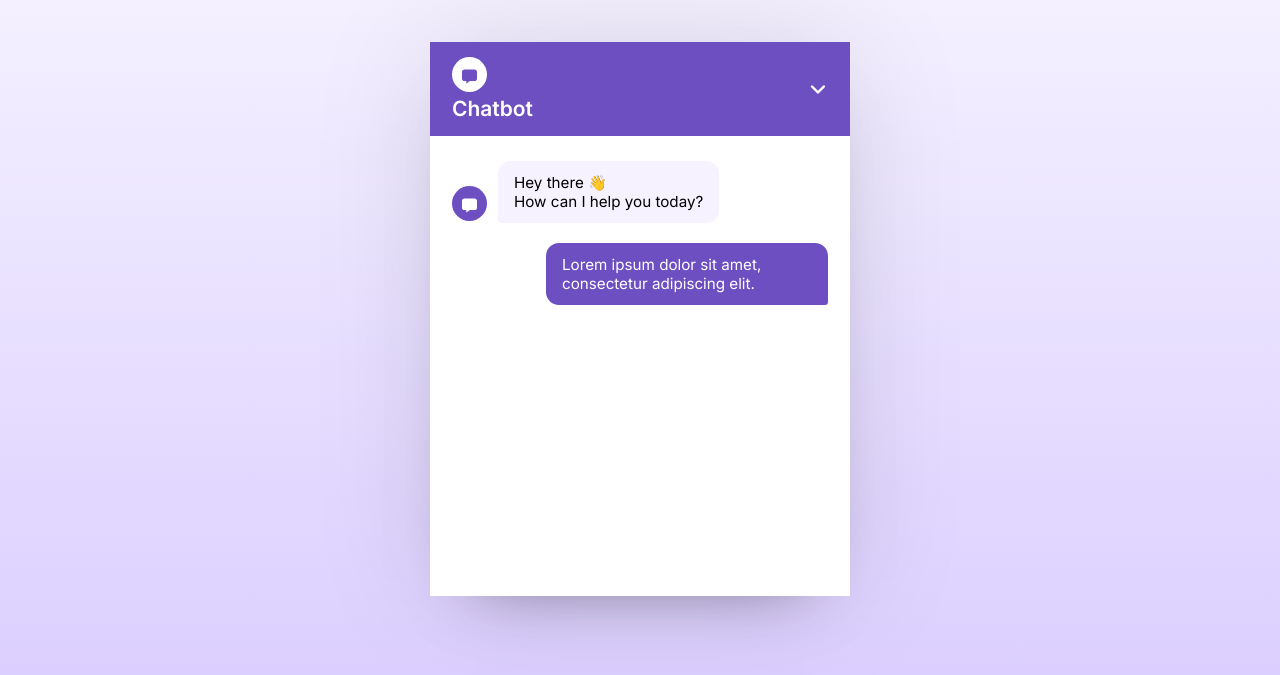
Repository: gogg23/chatbot
Page: / (app in chatbot/)
These files come from the project's save history. The page is drawn as it stood at one moment and after the next save; the edit follows.
The browser window is 1280 px wide. The pictures show the whole page.
The project was rebuilt for these pictures with package versions that can differ from the ones it lists, and the page was loaded fresh each time. Also part of the build but not shown: chatbot/vite.config.js.

Above is the page before, as saved 2025-01-21 17:37:45.

### chatbot/index.html
<!DOCTYPE html>
<html lang="en">
  <head>
    <meta charset="UTF-8" />
    <link rel="icon" type="image/svg+xml" href="/vite.svg" />
    <meta name="viewport" content="width=device-width, initial-scale=1.0" />
    <title>Chatbot in ReactJS</title>
    <!--Linking google Fonts for Icons-->
    <link
      href="https://fonts.googleapis.com/css2?family=Material+Symbols+Rounded"
      rel="stylesheet"
    />
  </head>
  <body>
    <div id="root"></div>
    <script type="module" src="/src/main.jsx"></script>
  </body>
</html>

### chatbot/src/index.css
/*Importing Google Fonts - Inter*/
@import url('https://fonts.googleapis.com/css2?family=Inter:ital,opsz,wght@0,14..32,100..900;1,14..32,100..900&display=swap');

* {
  margin: 0;
  padding: 0;
  box-sizing: border-box;
  font-family: 'Inter', sans-serif;
}

body {
  width: 100%;
  display: flex;
  align-items: center;
  justify-content: center;
  min-height: 100vh;
  background: linear-gradient(#f4f0ff, #dacdff);
}

.chatbot-popup {
  position: relative;
  width: 420px;
  background: #fff;
  border-radius: 15px;
  box-shadow: 0 0 128px 0 rgba(0, 0, 0, 0.1),
    0 32px 64px -48px rgba(0, 0, 0, 0.5);
}

.chatbot-popup .chat-header {
  display: flex;
  padding: 15px 22px;
  align-items: center;
  justify-content: space-between;
  background: #6d4fc2;
}

.chatbot-header .header-info {
  display: flex;
  gap: 10px;
  align-items: center;
}

.header-info svg {
  height: 35px;
  width: 35px;
  padding: 6px;
  flex-shrink: 0;
  fill: #6d4fc2;
  background: #fff;
  border-radius: 50%;
}

.header-info .logo-text {
  color: #fff;
  font-size: 1.31rem;
  font-weight: 600;
}

.chat-header button {
  height: 40px;
  width: 40px;
  border: none;
  outline: none;
  color: #fff;
  cursor: pointer;
  font-size: 1.9rem;
  padding-top: 2px;
  border-radius: 50%;
  margin-right: -10px;
  background: none;
  transition: 0.2s ease;
}
.chat-header button:hover {
  background: #593bab;
}
.chat-body {
  display: flex;
  flex-direction: column;
  gap: 20px;
  padding: 25px 22px;
  height: 460px;
  margin-bottom: 82px;
  overflow-y: auto;
  padding: 25px 22px;
}

.chat-body .message {
  display: flex;
  gap: 11px;
  align-items: center;
}

.chat-body .bot-message svg {
  height: 35px;
  width: 35px;
  padding: 6px;
  flex-shrink: 0;
  fill: #fff;
  align-self: flex-end;
  margin-bottom: 2px;
  background: #6d4fc2;
  border-radius: 50%;
}

.chat-body .message .message-text {
  padding: 12px 16px;
  max-width: 75%;
  background: #6d4fc2;
  word-wrap: break-word;
  white-space: pre-line;
  font-size: 0.95rem;
}

.chat-body .bot-message .message-text {
  background: #f6f2ff;
  border-radius: 13px 13px 13px 3px;
}

.chat-body .user-message {
  flex-direction: column;
  align-items: flex-end;
}

.chat-body .user-message .message-text {
  color: #fff;
  background: #6d4fc2;
  border-radius: 13px 13px 3px 13px;
}

.chat-footer {
  position: absolute;
  bottom: 0;
  width: 100%;
  background: #fff;
  padding: 15px 22px 20px;
}

.chat-footer .chat-form {
  display: flex;
  align-items: center;
  background: #fff;
  border-radius: 32px;
  outline: 1px solid #cccce5;
  box-shadow: 0 0 8px rgba(0, 0, 0, 0.06);
}

.chat-footer .chat-form:focus-within {
  outline: 2px solid #6d4fc2;
}

.chat-form .message-input {
  border: none;
  outline: none;
  width: 100%;
  background: none;
  height: 47px;
  padding: 0 17px;
  font-size: 0.95rem;
}

.chat-form button {
  height: 35px;
  width: 35px;
  border: none;
  display: none;
  outline: none;
  cursor: pointer;
  font-size: 1.15rem;
  color: #fff;
  flex-shrink: 0;
  margin-right: 6px;
  border-radius: 50%; /* Ensures round edges */
  background: #6d4fc2;
  transition: 0.2s ease;
}
.chat-form button:hover {
  background: #593bab;
}

.chat-form .message-input:valid ~ button {
  display: block;
}

### chatbot/src/App.jsx
import ChatbotIcon from './components/ChatbotIcon';

const App = () => {
  return (
    <div className='container'>
      <div className='chatbot-popup'>
        {/*Chatbot Header*/}
        <div className='chat-header'>
          <div className='header-info'>
            <ChatbotIcon />
            <h2 className='logo-text'>Chatbot</h2>
          </div>
          <button className='material-symbols-rounded'>
            keyboard_arrow_down
          </button>
        </div>
        {/*Chatbot Body*/}
        <div className='chat-body'>
          <div className='message bot-message'>
            <ChatbotIcon />
            <p className='message-text'>
              Hey there 👋
              <br />
              How can I help you today?
            </p>
          </div>
          <div className='message user-message'>
            <p className='message-text'>
              Lorem ipsum dolor sit amet, consectetur adipiscing elit.
            </p>
          </div>
        </div>
        {/*Chatbot Footer*/}
        <div className='chat-footer'></div>
      </div>
    </div>
  );
};

export default App;

### chatbot/src/components/ChatbotIcon.jsx
const ChatbotIcon = () => {
  return (
    <svg
      xmlns='http://www.w3.org/2000/svg'
      width='50'
      height='50'
      viewBox='0 0 1024 1024'
    >
      <path
        d='M738.3 287.6H285.7c-59 0-106.8
      47.8-106.8 106.8v303.1c0 59 47.8 106.8 106.8 106.8h81.5v111.1c0
      .7.8 1.1 1.4.7l166.9-110.6 41.8-.8h117.4l43.6-.4c59
      0 106.8-47.8 106.8-106.8V394.5c0-59-47.8-106.9-106.8-106.9zM351
      .7 448.2c0-29.5 23.9-53.5 53.5-53.5s53.5 23.9 53.5 53.5-23.9
      53.5-53.5 53.5-53.5-23.9-53.5-53.5zm157.9 267.1c-67.8 0-123.8-47
      .5-132.3-109h264.6c-8.6 61.5-64.5 109-132.3 109zm110-213.7c-29.5
      0-53.5-23.9-53.5-53.5s23.9-53.5 53.5-53.5 53.5 23.9 53.5 53.5-23.9
      53.5-53.5 53.5zM867.2 644.5V453.1h26.5c19.4 0 35.1 15.7 35.1 35.1v121.1c0
      19.4-15.7 35.1-35.1 35.1h-26.5zM95.2 609.4V488.2c0-19.4 15.7-35.1
      35.1-35.1h26.5v191.3h-26.5c-19.4 0-35.1-15.7-35.1-35.1zM561.5 149.6c0 23.4-15.6
      43.3-36.9 49.7v44.9h-30v-44.9c-21.4-6.5-36.9-26.3-36.9-49.7 0-28.6 23.3-51.9 51.9-51.9s51.9
      23.3 51.9 51.9z'
      />
    </svg>
  );
};

export default ChatbotIcon;

### chatbot/src/components/Chartform.jsx
import React from 'react';

function Chartform() {
  return (
    <form action='#' className='chat-form'>
      <input
        type='text'
        placeholder='message...'
        className='message-input'
        required
      />
      <button className='material-symbols-rounded'>arrow_upward</button>
    </form>
  );
}

export default Chartform;

Loaded but not shown: chatbot/src/main.jsx (common file)

After the next save:
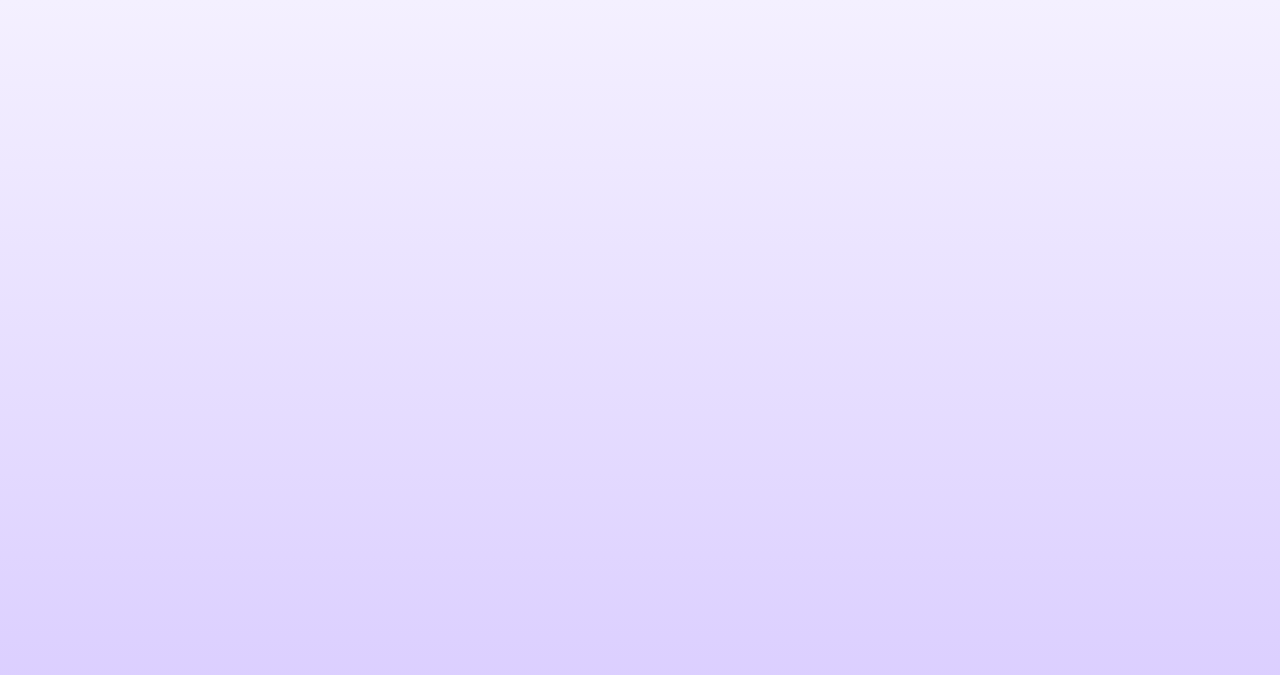
Console error: ReferenceError: ChartForm is not defined
Saved 110 s later.
--- a/chatbot/src/App.jsx
+++ b/chatbot/src/App.jsx
@@ -31,7 +31,9 @@ const App = () => {
           </div>
         </div>
         {/*Chatbot Footer*/}
-        <div className='chat-footer'></div>
+        <div className='chat-footer'>
+          <ChartForm />
+        </div>
       </div>
     </div>
   );

After the 6 saves that followed:
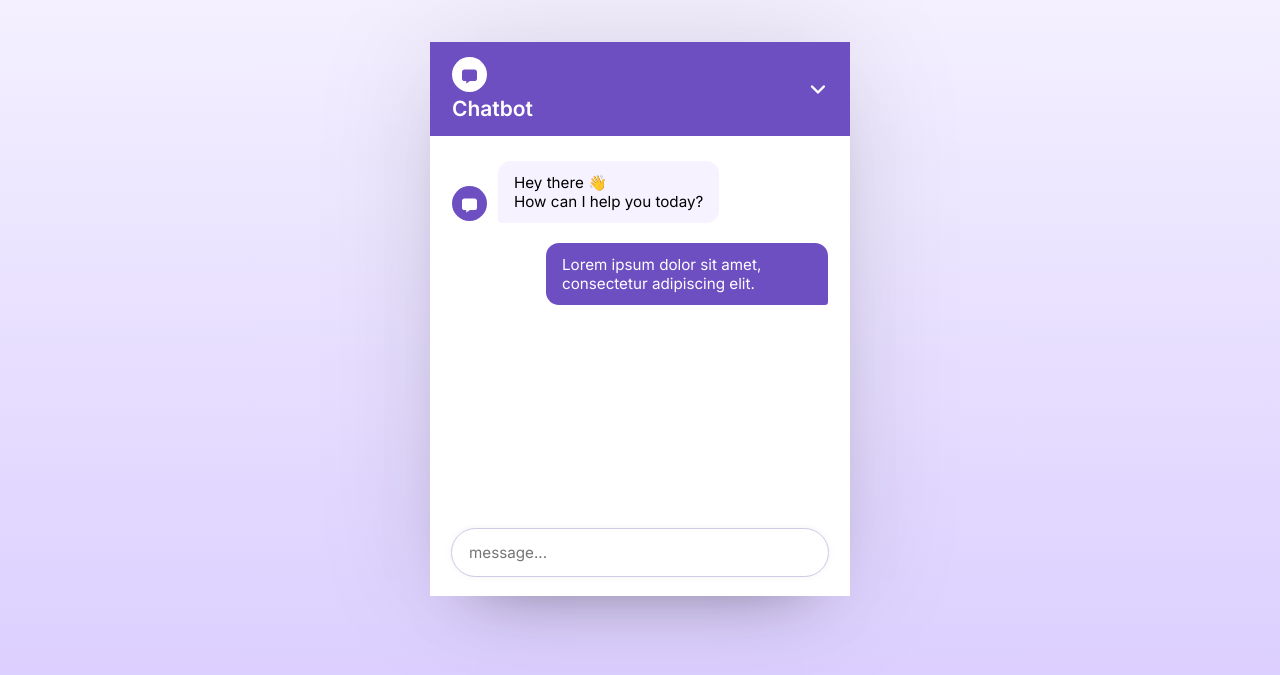
The error is gone.
The 6 saves are shown as one change because 1 did not build or start and 4 left the picture as it was.
The last was saved 7 min 20 s later.
--- a/chatbot/src/App.jsx
+++ b/chatbot/src/App.jsx
@@ -1,4 +1,5 @@
 import ChatbotIcon from './components/ChatbotIcon';
+import ChartForm from './components/ChartForm';
 
 const App = () => {
   return (
--- a/chatbot/src/components/Chartform.jsx
+++ b/chatbot/src/components/Chartform.jsx
@@ -1,6 +1,6 @@
 import React from 'react';
 
-function Chartform() {
+const ChartForm = () => {
   return (
     <form action='#' className='chat-form'>
       <input
@@ -12,6 +12,6 @@ function Chartform() {
       <button className='material-symbols-rounded'>arrow_upward</button>
     </form>
   );
-}
+};
 
-export default Chartform;
+export default ChartForm;
